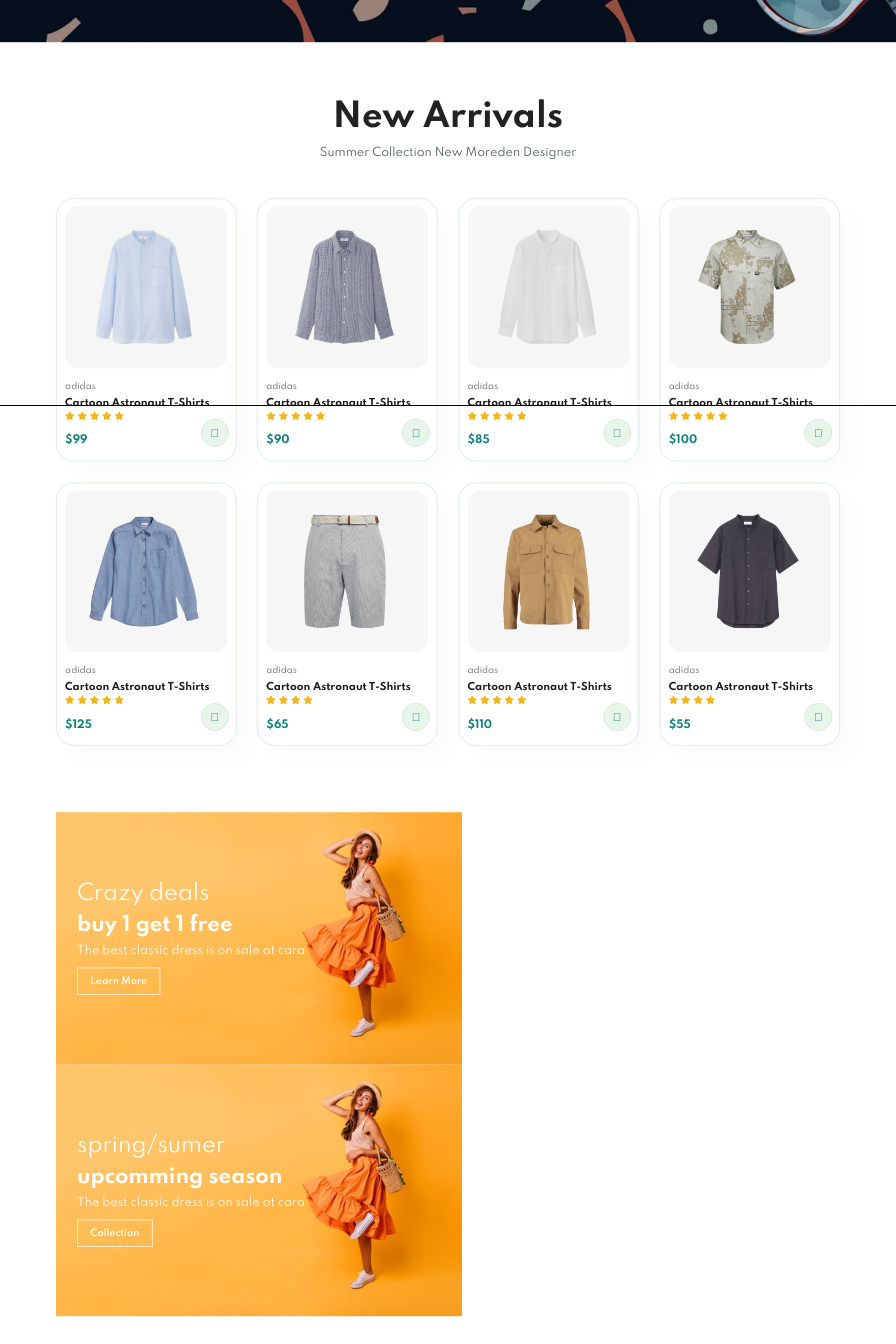
Repository: MinhNhatIT2901/Ecommerce
Page: index.html
The author's editor kept a copy of each file at every save. The page is drawn from the files as they stood at one save, then again after the next save.
The browser window is 1280 px wide. The pictures show the part of the page from y = 2326 to 4246 px (the page is 4246 px tall), at 70% of full size.
Some web libraries are served in a nearby version.

Above is the page before, as saved 2022-01-08 15:00:19.

After the next save:
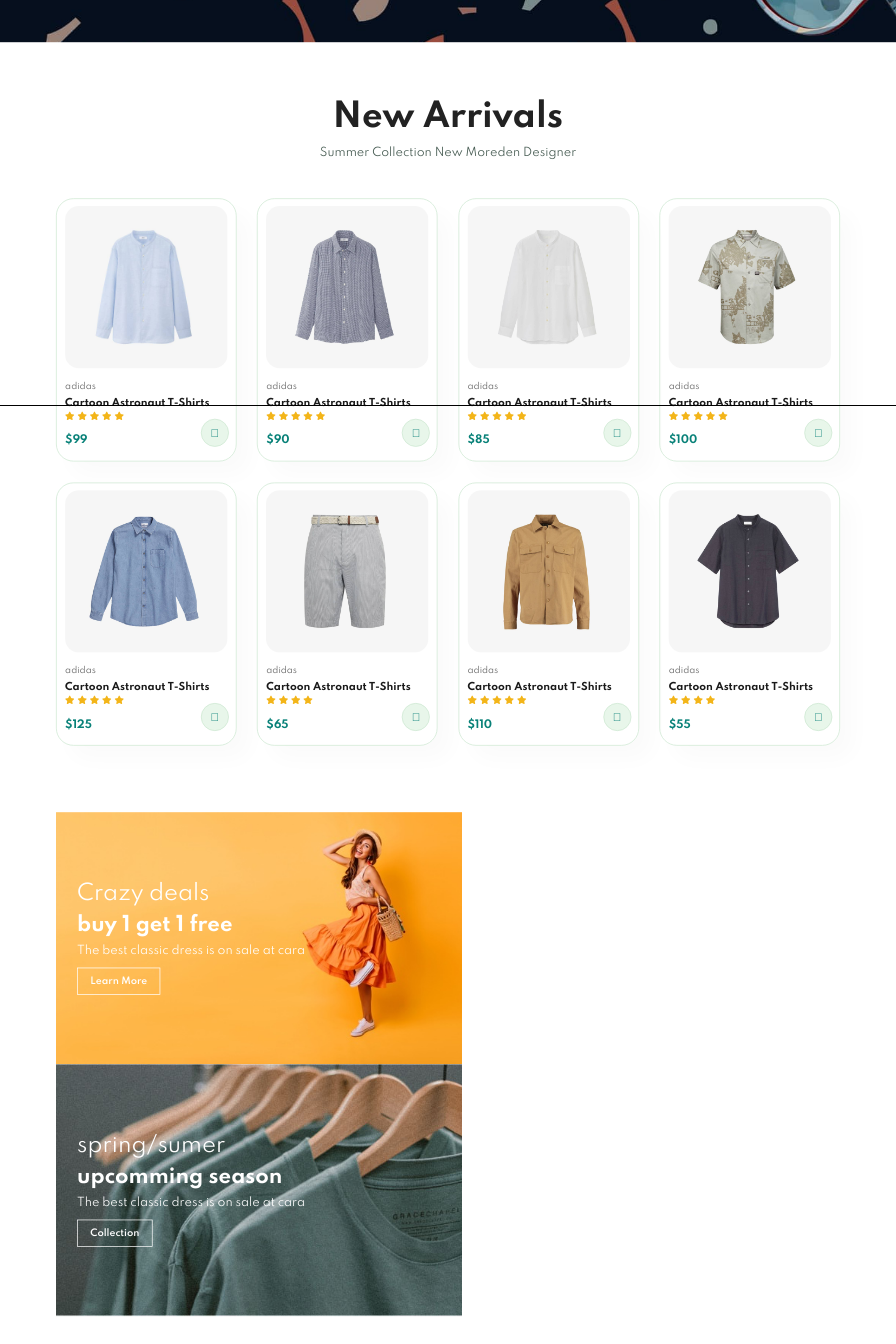
Saved 5 min 4 s later.
--- a/style.css
+++ b/style.css
@@ -362,3 +362,39 @@ body {
   background: var(--primary-color);
   border: 1px solid var(--primary-color);
 }
+
+#sm-banner .banner-box2 {
+  background-image: url("imgs/img/banner/b10.jpg");
+}
+
+#banner3 {
+  display: flex;
+  justify-content: center;
+  flex-wrap: wrap;
+}
+
+#banner .banner-box {
+  display: flex;
+  flex-direction: column;
+  justify-content: center;
+  align-items: flex-start;
+  background-image: url("imgs/img/banner/b7.jpg");
+  min-width: 580px;
+  height: 50vh;
+  background-size: cover;
+  background-position: center;
+  padding: 30px;
+  margin-bottom: 20px;
+}
+
+#banner3 h2 {
+  color: #fff;
+  font-weight: 900;
+  font-size: 22px;
+}
+
+#banner3 h3 {
+  color: red;
+  font-weight: 800;
+  font-size: 15px;
+}
